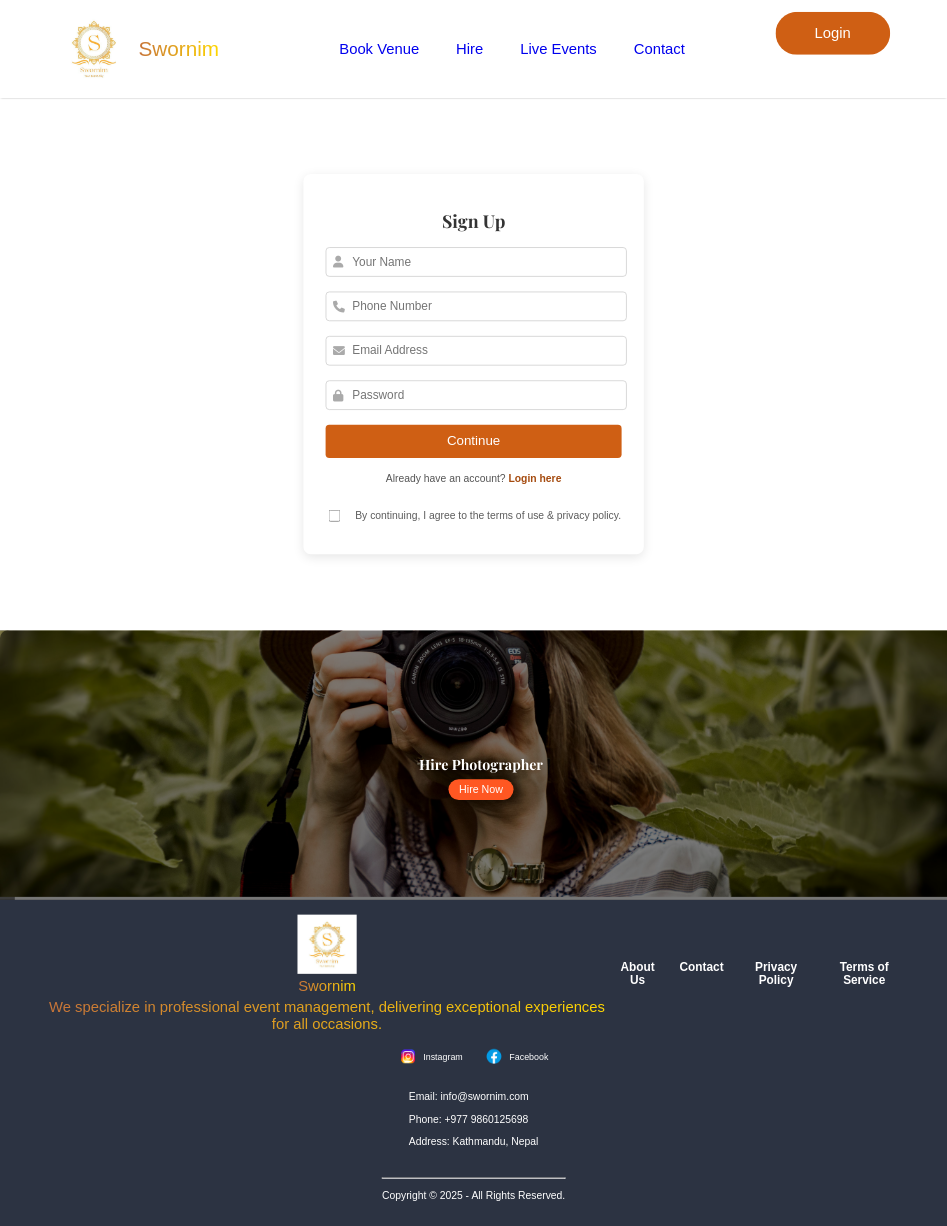
Repository: leonischu/Swornim
Page: /login (app in frontend/)
These files come from the project's save history. The page is drawn as it stood at one moment and after the next save; the edit follows.
The browser window is 1280 px wide. The pictures show the whole page, at 74% of full size.
Pictures or frames that could not be fetched are drawn as grey boxes. The project was rebuilt for these pictures with package versions that can differ from the ones it lists, and the page was loaded fresh each time. Also part of the build but not shown: frontend/src/App.css, frontend/src/Pages/Book.jsx, frontend/src/Pages/Contact.jsx.

Above is the page before, as saved 2025-06-01 19:04:53.

After the next save:
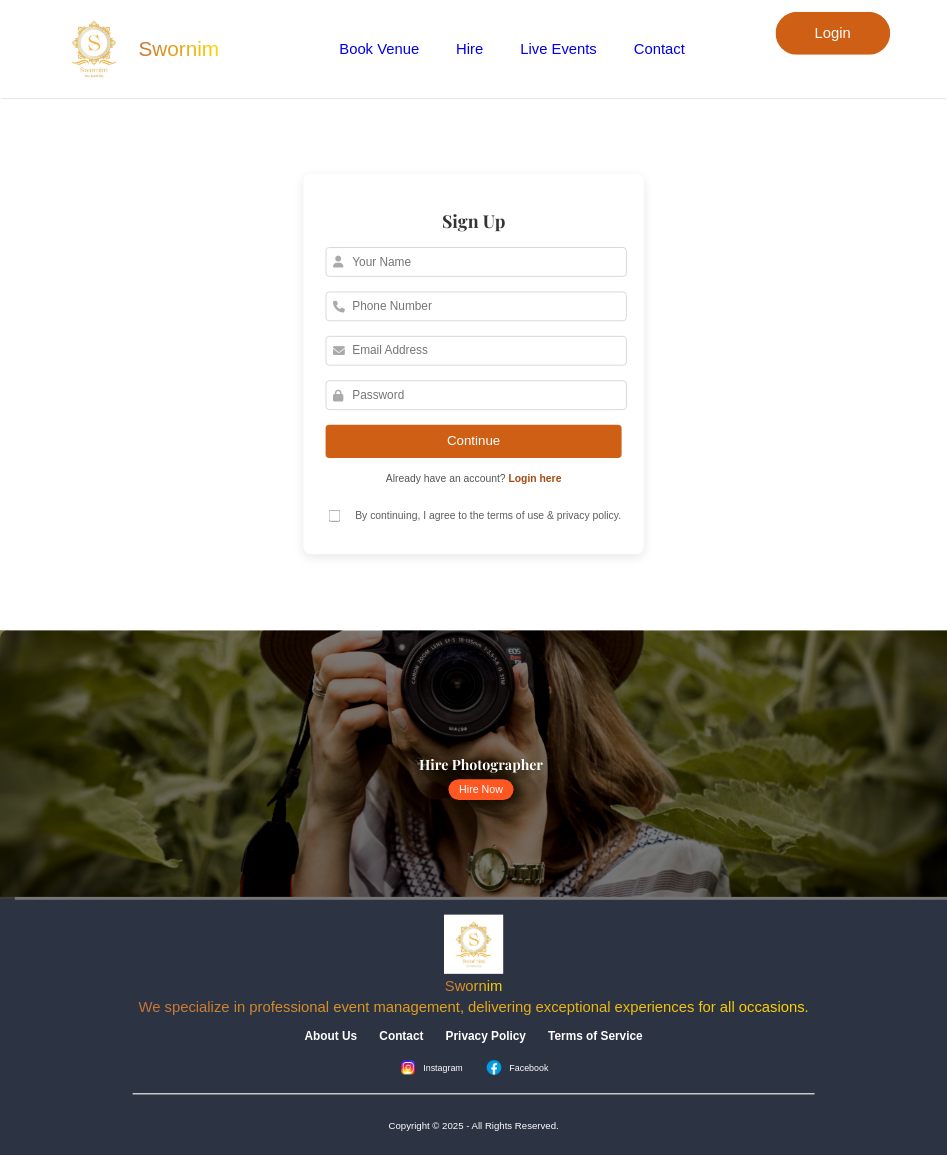
Saved 40 s later.
--- a/frontend/src/Components/Footer/Footer.jsx
+++ b/frontend/src/Components/Footer/Footer.jsx
@@ -1,15 +1,14 @@
-import React from 'react'
-import './Footer.css'
-import footer_logo from '../Assets/logo.jpg'
-import instagram_icon from '../Assets/instagram_icon.png'
-import facebook_icon from '../Assets/facebook_icon.png'
+import React from 'react';
+import './Footer.css';
+import footer_logo from '../Assets/logo.jpg';
+import instagram_icon from '../Assets/instagram_icon.png';
+import facebook_icon from '../Assets/facebook_icon.png';
 
 export const Footer = () => {
   return (
     <div className='footer'>
-
-      {/* Logo and Navigation Links */}
-      <div className='footer-top'>
+      {/* Top Section: Logo and Description */}
+      <div className="footer-top">
         <div className="footer_logo">
           <img src={footer_logo} alt='logo' />
           <p>Swornim</p>
@@ -17,7 +16,10 @@
             We specialize in professional event management, delivering exceptional experiences for all occasions.
           </p>
         </div>
+      </div>
 
+      {/* Middle Section: Navigation Links */}
+      <div className="footer-middle">
         <ul className='footer-links'>
           <li>About Us</li>
           <li>Contact</li>
@@ -26,43 +28,33 @@
         </ul>
       </div>
 
-      {/* Social Icons */}
-      <div className="footer-social-section">
-        <div className="footer-social-icon">
-          <a
-            href="https://instagram.com"
-            target="_blank"
-            rel="noopener noreferrer"
-            className='footer-icons-container'
-          >
-            <img src={instagram_icon} alt="Instagram" />
-            <span>Instagram</span>
-          </a>
-          <a
-            href="https://facebook.com"
-            target="_blank"
-            rel="noopener noreferrer"
-            className='footer-icons-container'
-          >
-            <img src={facebook_icon} alt="Facebook" />
-            <span>Facebook</span>
-          </a>
+      {/* Bottom Section: Social Icons and Copyright */}
+      <div className="footer-bottom">
+        <div className="footer-social-section">
+          <div className="footer-social-icon">
+            <a
+              href="https://instagram.com"
+              target="_blank"
+              rel="noopener noreferrer"
+              className='footer-icons-container'
+            >
+              <img src={instagram_icon} alt="Instagram" />
+              <span>Instagram</span>
+            </a>
+            <a
+              href="https://facebook.com"
+              target="_blank"
+              rel="noopener noreferrer"
+              className='footer-icons-container'
+            >
+              <img src={facebook_icon} alt="Facebook" />
+              <span>Facebook</span>
+            </a>
+          </div>
         </div>
-      </div>
-
-      {/* Contact Info */}
-      <div className="footer-contact">
-        <p>Email: info@swornim.com</p>
-        <p>Phone: +977 9860125698 </p>
-        <p>Address: Kathmandu, Nepal</p>
-      </div>
-
-      {/* Copyright */}
-      <div className="footer-copyright">
         <hr />
         <p>Copyright © 2025 - All Rights Reserved.</p>
       </div>
-
     </div>
-  )
-}
+  );
+};

After the save that followed:
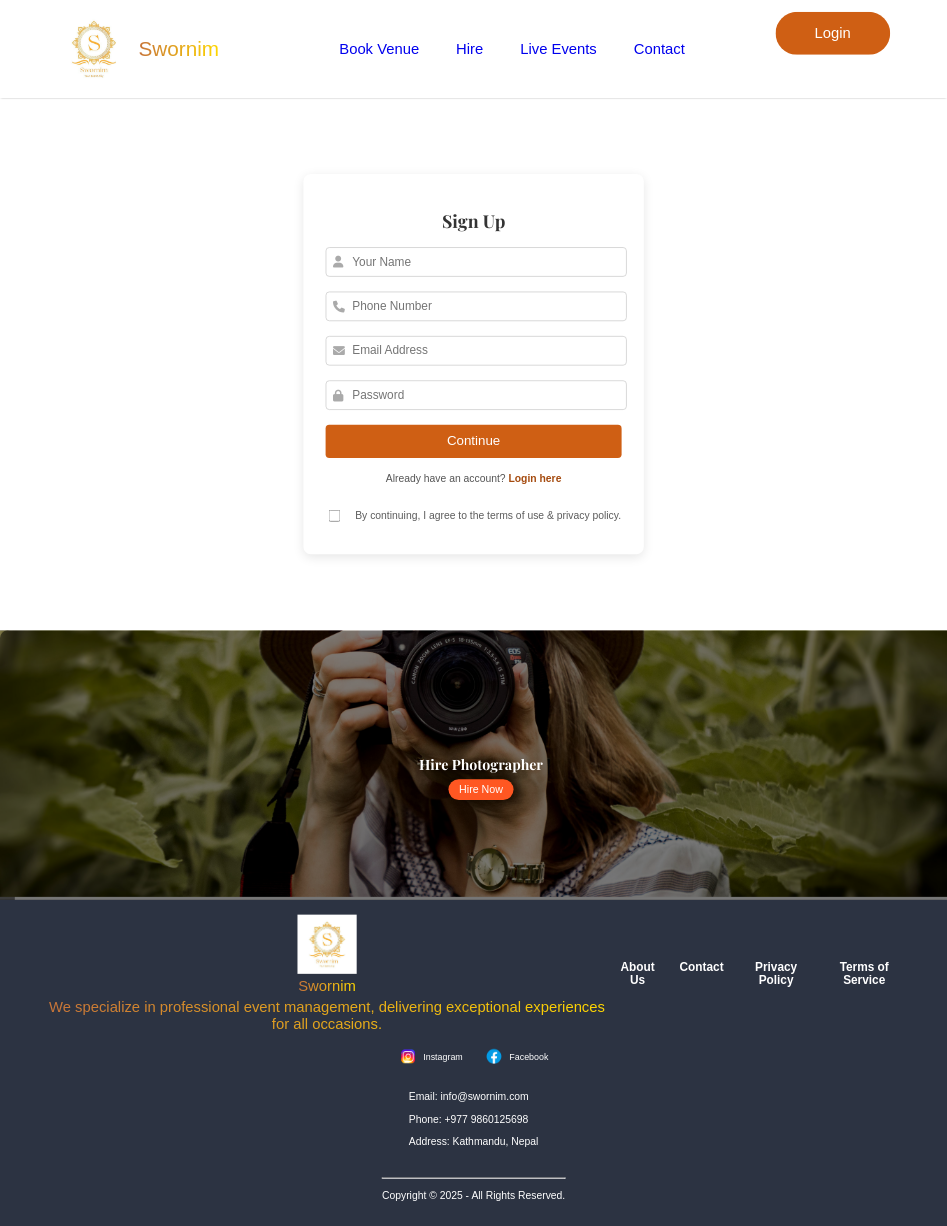
Saved 66 s later.
--- a/frontend/src/Components/Footer/Footer.jsx
+++ b/frontend/src/Components/Footer/Footer.jsx
@@ -1,14 +1,15 @@
-import React from 'react';
-import './Footer.css';
-import footer_logo from '../Assets/logo.jpg';
-import instagram_icon from '../Assets/instagram_icon.png';
-import facebook_icon from '../Assets/facebook_icon.png';
+import React from 'react'
+import './Footer.css'
+import footer_logo from '../Assets/logo.jpg'
+import instagram_icon from '../Assets/instagram_icon.png'
+import facebook_icon from '../Assets/facebook_icon.png'
 
 export const Footer = () => {
   return (
     <div className='footer'>
-      {/* Top Section: Logo and Description */}
-      <div className="footer-top">
+
+      {/* Logo and Navigation Links */}
+      <div className='footer-top'>
         <div className="footer_logo">
           <img src={footer_logo} alt='logo' />
           <p>Swornim</p>
@@ -16,10 +17,7 @@
             We specialize in professional event management, delivering exceptional experiences for all occasions.
           </p>
         </div>
-      </div>
 
-      {/* Middle Section: Navigation Links */}
-      <div className="footer-middle">
         <ul className='footer-links'>
           <li>About Us</li>
           <li>Contact</li>
@@ -28,33 +26,43 @@
         </ul>
       </div>
 
-      {/* Bottom Section: Social Icons and Copyright */}
-      <div className="footer-bottom">
-        <div className="footer-social-section">
-          <div className="footer-social-icon">
-            <a
-              href="https://instagram.com"
-              target="_blank"
-              rel="noopener noreferrer"
-              className='footer-icons-container'
-            >
-              <img src={instagram_icon} alt="Instagram" />
-              <span>Instagram</span>
-            </a>
-            <a
-              href="https://facebook.com"
-              target="_blank"
-              rel="noopener noreferrer"
-              className='footer-icons-container'
-            >
-              <img src={facebook_icon} alt="Facebook" />
-              <span>Facebook</span>
-            </a>
-          </div>
+      {/* Social Icons */}
+      <div className="footer-social-section">
+        <div className="footer-social-icon">
+          <a
+            href="https://instagram.com"
+            target="_blank"
+            rel="noopener noreferrer"
+            className='footer-icons-container'
+          >
+            <img src={instagram_icon} alt="Instagram" />
+            <span>Instagram</span>
+          </a>
+          <a
+            href="https://facebook.com"
+            target="_blank"
+            rel="noopener noreferrer"
+            className='footer-icons-container'
+          >
+            <img src={facebook_icon} alt="Facebook" />
+            <span>Facebook</span>
+          </a>
         </div>
+      </div>
+
+      {/* Contact Info */}
+      <div className="footer-contact">
+        <p>Email: info@swornim.com</p>
+        <p>Phone: +977 9860125698 </p>
+        <p>Address: Kathmandu, Nepal</p>
+      </div>
+
+      {/* Copyright */}
+      <div className="footer-copyright">
         <hr />
         <p>Copyright © 2025 - All Rights Reserved.</p>
       </div>
+
     </div>
-  );
-};
+  )
+}
